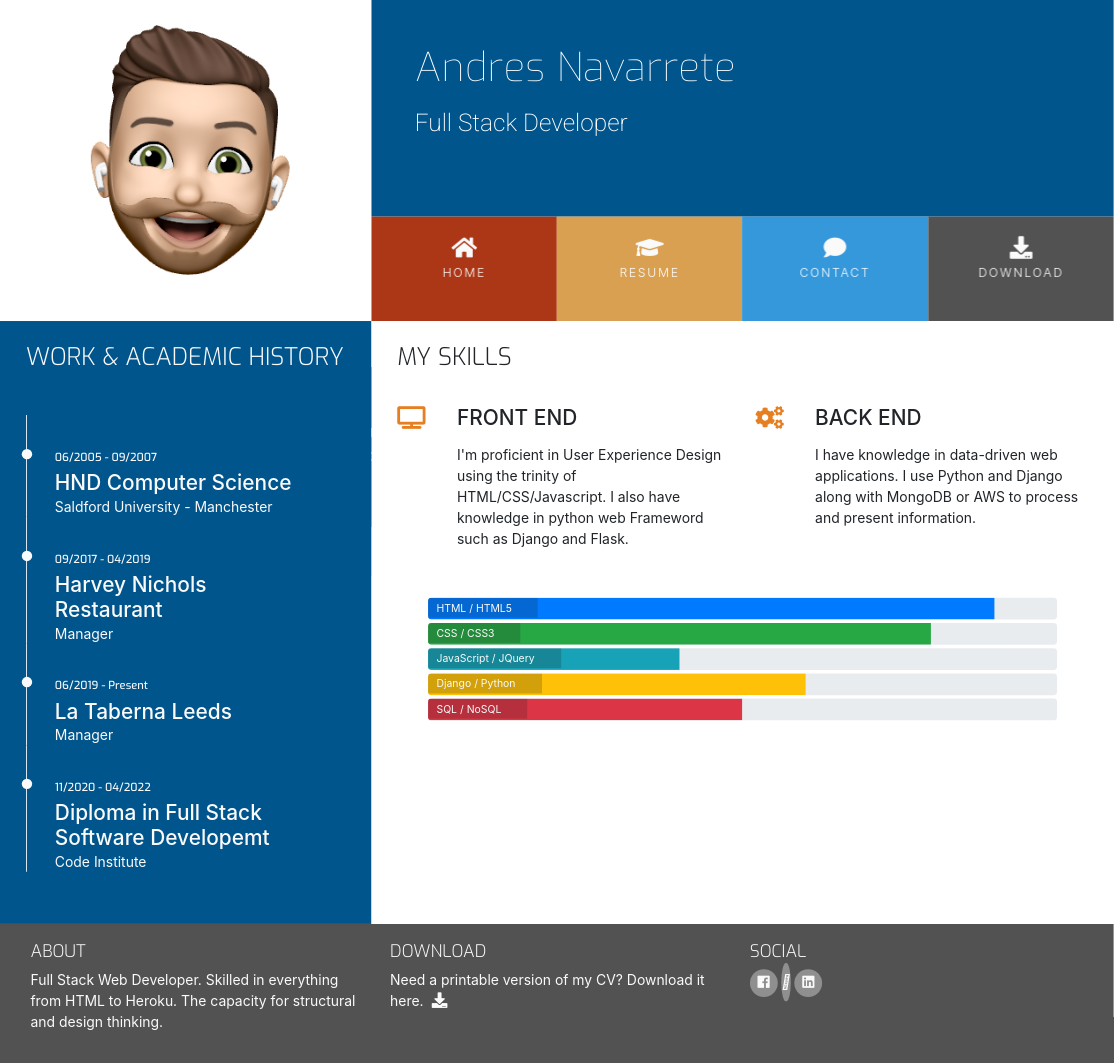
Repository: andna5980/cloud9-workspace
Page: resume.html
These files come from the project's save history. The page is drawn as it stood at one moment and after the next save; the edit follows.
The browser window is 1280 px wide. The pictures show the whole page, at 87% of full size.
Some web libraries are served in a nearby version.

Above is the page before, as saved 2022-04-24 10:27:46.

### resume.html
<!DOCTYPE html>
<html lang="en">

<head>
    <meta charset="UTF-8">
    <meta name="viewport" content="width=device-width, initial-scale=1.0">
    <link rel="stylesheet" href="https://maxcdn.bootstrapcdn.com/bootstrap/4.2.1/css/bootstrap.min.css"
        type="text/css" />
    <link rel="stylesheet" href="https://use.fontawesome.com/releases/v5.0.10/css/all.css"
        integrity="sha384-+d0P83n9kaQMCwj8F4RJB66tzIwOKmrdb46+porD/OvrJ+37WqIM7UoBtwHO6Nlg" crossorigin="anonymous" />
    <link rel="stylesheet" href="https://cdnjs.cloudflare.com/ajax/libs/hover.css/2.3.1/css/hover-min.css">
    <link rel="stylesheet" href="./resume-project/assets/css/style.css" type="text/css">
    <title>Andy</title>
</head>

<body>
    <header>
        <div class="row no-gutters">
            <a href="index.html" class="col-md-4 logo">

            </a>
            <div class="col-md-8">
                <div class="row no-gutters bg-color-name-title">
                    <div class="col heading">
                        <h1 class="name">Andres Navarrete</h1>
                        <h2 class="title">Full Stack Developer</h2>

                    </div>
                </div>
                <div class="row no-gutters">
                    <div class="col">
                        <ul id="nav" class="list-inline menucontainer">
                            <li class="col-6 col-sm-3 ui-menu-color-home list-inline-item menuitem">
                                <a href="index.html" class="hvr-sweep-to-bottom"><i class="fa fa-home"
                                        aria-hidden="true"></i><span>Home</span></a>
                            </li>
                            <li class="col-6 col-sm-3 ui-menu-color-resume list-inline-item menuitem">
                                <a href="resume.html" class="hvr-sweep-to-bottom"><i class="fa fa-graduation-cap"
                                        aria-hidden="true"></i><span>Resume</span></a>
                            </li>
                            <li class="col-6 col-sm-3 ui-menu-color-contact list-inline-item menuitem">
                                <a href="contact.html" class="hvr-sweep-to-bottom"><i class="fa fa-comment"
                                        aria-hidden="true"></i><span>Contact</span></a>
                            </li>
                            <li class="col-6 col-sm-3 ui-menu-color-download list-inline-item menuitem">
                                <a href="/resume-project/assets/cv/Rodrigo-Andres-Navarrete-cv.pdf" target="_blank" class="hvr-sweep-to-bottom"><i class="fa fa-download"
                                        aria-hidden="true"></i><span>Download</span></a>
                            </li>
                        </ul>
                    </div>
                </div>

            </div>
        </div>

    </header>

    <section class="container-fluid">
        <div class="row">
            <div class="col-md-4 bg-color-work-history section-column">
                <div class="row">
                    <div class="col-12">
                        <h3 class="history-heading uppercase">
                            Work & Academic History
                        </h3>
                    </div>
                </div>
                <div class="history-items">
                    <div class="timeline-item" data-dates="06/2005 - 09/2007">
                        <h4>HND Computer Science</h4>
                        <p>Saldford University - Manchester</p>
                    </div>
                    <div class="timeline-item" data-dates="09/2017 - 04/2019">
                        <h4>Harvey Nichols Restaurant</h4>
                        <p>Manager</p>
                    </div>
                    <div class="timeline-item" data-dates="06/2019 - Present">
                        <h4>La Taberna Leeds</h4>
                        <p>Manager</p>
                    </div>
                    <div class="timeline-item" data-dates="11/2020 - 04/2022">
                        <h4>Diploma in Full Stack Software Developemt</h4>
                        <p>Code Institute</p>
                    </div>
                </div>
            </div>
            <div class="col-md-8 bg-color-three-reasons section-column">
                <div class="row">
                    <div class="col">
                        <h3 class="section-heading uppercase">My Skills</h3>
                    </div>
                </div>
                <div class="row">
                    <div class="col-10 offser-1 offset-sm-0 col-sm-4 col-md-6">
                        <div class="row">
                            <div class="col-2">
                                <i class="three-reasons-icon fa fa-tv" aria-hidden="true"></i>
                            </div>
                            <div class="col-10">
                                <h4 class="three-reasons-heading uppercase">Front End</h4>
                                <p>
                                    I'm proficient in User Experience Design using the trinity of HTML/CSS/Javascript.
                                    I also have knowledge in python web Frameword such as Django and Flask.
                                </p>
                            </div>
                        </div>
                    </div>
                    <div class="col-10 offser-1 offset-sm-0 col-sm-4 col-md-6">
                        <div class="row">
                            <div class="col-2">
                                <i class="three-reasons-icon fa fa-cogs" aria-hidden="true"></i>
                            </div>
                            <div class="col-10">
                                <h4 class="three-reasons-heading uppercase">Back End</h4>
                                <p>
                                    I have knowledge in data-driven web applications.
                                    I use Python and Django along with MongoDB or AWS to process and present information.
                                </p>
                            </div>
                        </div>
                    </div>

                </div>
                <div class="row progress-section">
                    <div class="col">
                        <div class="progress">
                             <div class="progress-bar" role="progressbar" aria-valuenow="90" aria-valuemin="0" aria-valuemax="100" style="width:90%">
                                <span class="sr-only">90% complete</span>
                             </div>
                             <span class="progress-type">HTML / HTML5</span>
                        </div>
                        <div class="progress">
                             <div class="progress-bar bg-success" role="progressbar" aria-valuenow="80" aria-valuemin="0" aria-valuemax="100" style="width:80%">
                                <span class="sr-only">80% complete</span>
                             </div>
                             <span class="progress-type">CSS / CSS3</span>
                        </div>
                        <div class="progress">
                             <div class="progress-bar bg-info" role="progressbar" aria-valuenow="70" aria-valuemin="0" aria-valuemax="100" style="width:40%">
                                <span class="sr-only">40% complete</span>
                             </div>
                             <span class="progress-type">JavaScript / JQuery</span>
                        </div>
                        <div class="progress">
                             <div class="progress-bar bg-warning" role="progressbar" aria-valuenow="80" aria-valuemin="0" aria-valuemax="100" style="width:60%">
                                <span class="sr-only">60% complete</span>
                             </div>
                             <span class="progress-type">Django / Python</span>
                        </div>
                        <div class="progress">
                             <div class="progress-bar bg-danger" role="progressbar" aria-valuenow="80" aria-valuemin="0" aria-valuemax="100" style="width:50%">
                                <span class="sr-only">50% complete</span>
                             </div>
                             <span class="progress-type">SQL / NoSQL</span>
                        </div>
                    </div>
                </div>
            </div>
        </div>
    </section>



    <footer class="container-fluid">
        <div id="footer-details" class="row">
            <div class="col-sm-4">
                <h5 class="uppercase general-sub">About</h5>
                <p class="inline-block">
                    Full Stack Web Developer. Skilled in everything from HTML to Heroku.
                    The capacity for structural and design thinking.
                </p>
            </div>
            <div class="col-sm-4">
                <h5 class="uppercase general-sub">Download</h5>
                <p class="inline-block">
                    Need a printable version of my CV? Download it here.
                    <a href="./resume-project/assets/cv/Rodrigo-Andres-Navarrete-cv.pdf" target="_blank" class="cv-pdf">
                        <i class="fa fa-download" aria-hidden="true"></i>
                        <span class="sr-only">Download</span>
                    </a>
                </p>

            </div>
            <div class="col-sm-4">
                <h5 class="uppercase general-sub">Social</h5>
                <ul class="list-inline social-links">
                    <li class="list-inline-item">
                        <a target="_blank" href="#">
                            <i class="fab fa-facebook" aria-hidden="true"></i>
                            <span class="sr-only">Facebook</span>
                        </a>
                    </li>

                    <li class="list-inline-item">
                        <a target="_blank" href="https://github.com/andna5980">
                            <i class="fa-brands fa-github" aria-hidden="true"></i>
                            <span class="sr-only">Github</span>
                        </a>
                    </li>
                    <li class="list-inline-item">
                        <a target="_blank" href="#">
                            <i class="fab fa-linkedin" aria-hidden="true"></i>
                            <span class="sr-only">LinkedIn</span>
                        </a>
                    </li>
                </ul>
            </div>
        </div>

    </footer>
</body>

</html>

### resume-project/assets/css/style.css
@import url('https://fonts.googleapis.com/css?family=Roboto:100,200,300,400,500,600,700|Exo:100,200,300,400,500,600,700');



/*-------------------------------------------------Colours */

.bg-color-name-title {
    background-color: #00558D;

}

.bg-color-three-reasons {
    background-color: #fff;
}

.bg-color-personal-info {
    background-color: #f4f4f4;
}

.bg-color-work-history {
    background-color: #00558D;
}

bg-color-contact {
    background-color: #fff;
}

.ui-menu-color-home{
    background-color: #AB3717;

}
.ui-menu-color-resume{
    background-color: #DAA052;

}
.ui-menu-color-contact{
    background-color: #3498db;

}
.ui-menu-color-download{
    background-color: #525252;

}

.row-table {
    display: table;
}

.section-column {
    display: table-cell;
    padding: 0 30px 30px;
    float: none;
}

.section-heading {
    font-family: "Exo", sans-serif;
    font-weight: 300;
    margin-top: 25px;
    margin-bottom: 40px;
}
/*-------------------------------------------------Special paddings/margins/text */


h1,h2,h3,h4 {
    margin: 0;
}

.uppercase {
    text-transform: uppercase;
}


.general-sub {
    font-family: "Exo", sans-serif;
    font-weight: 300;
    color: #fafafa;
}

.inline-block {
    display: inline-block;
}

.row-table {
    display: table;
}

.section-column {
    display: table-cell;
    padding: 0 30px 30px;
    float: none;
}

.history-heading,
.section-heading {
    font-family: "Exo", sans-serif;
    font-weight: 300;
    margin-top: 25px;
    margin-bottom: 40px;
}

/*-------------------------------------------------Headings */

header {
    margin: 0;
}

.heading{
    margin-left: 50px;
}

.logo {
    background: url("../images/memoji2.PNG");
    background-position: center;
    background-repeat: no-repeat;
    background-size: cover;
    min-height: 350px;
    transition: all .5s ease-in-out;
    -moz-transition:  all .5s ease-in-out;
    -webkit-transition: all .5s ease-in-out;
}

.name {
    font-family: "Exo", sans-serif;
    font-weight: 100;
    font-size: 46px;
    margin-top: 50px;
    color: #ffffff;
}

.title {
    font-family: "Roboto", sans-serif;
    font-weight: 200;
    font-size: 28px;
    margin-top: 20px;
    margin-bottom: 90px;
    color: #ffffff;
}


.list-inline-item:not(:last-child) {
    margin: 0;
}

.menucontainer {
    font-size: 0;
}

#nav {
    margin: 0;
}

#nav li {
    font-size: 14px;
    padding: 0;
}

.menuitem {
    height: 120px;
    text-align: center;
    padding: 0;

}

.menuitem a {
    width: 100%;
    text-decoration: none;
    color: #ffffff;
    height: 120px;
}

.menuitem a i{
    padding-top: 22px;
    display: block;
    color: #fafafa;
    font-size: 26px;

}

.menuitem span {
    display: block;
    width: 100%;
    padding-top: 5px;
    text-align: center;
    text-transform: uppercase;
    font-size: 14px;
    font-weight: 300;
    letter-spacing: 2px;
}

/*-------------------------------------------------Hover.css */

.hvr-sweep-to-bottom:before {
    background: rgba(0, 0, 0, 0.2);
    height: 120px;
}


/*-------------------------------------------------Footer */

footer {
    background-color: #525252;
    color: #fafafa;
    min-height: 120px;
    margin: 0;
}

.cv-pdf i {
    font-size: 18px;
    color: #fafafa;
    text-align: center;
    padding-left: 5px;
    transition: all 0.35s ease-in-out;
    -moz-transition: all 0.35s ease-in-out;
    -webkit-transition: all 0.35s ease-in-out;
    -o-transition: all 0.35s ease-in-out;
}

.cv-pdf i:hover {
    color: #e84610;
}

.social-links {
    padding-bottom: 15px;
}

.social-links li a i {
    width: 32px;
    height: 32px;
    padding: 12px 0;
    border-radius: 50%;
    line-height: 7px;
    text-align: center;
    color: #fafafa;
    background: #8f8f8f;
    transition: all 0.35s ease-in-out;
    -moz-transition: all 0.35s ease-in-out;
    -webkit-transition: all 0.35s ease-in-out;
    -o-transition: all 0.35s ease-in-out;
}

.social-links li a i:hover {
    background: #e84610;
}

#footer-details {
    padding: 20px;
}


/*-------------------------------------------------Three reasons */


.three-reasons-icon {
    font-size: 26px;
    color: #e67e22;
}

.three-reasons-heading {
    margin-bottom: 15px;

}

/* ----------------------------------------Personal Info */

.personal-info-item {
    margin-bottom: 20px;
    display: block;
    clear: both;
}

.personal-info-item .key,
.personal-info-item .value {
    padding-right: 8px;
    display: inline-block;
}

.personal-info-item .key p,
.personal-info-item .value p {
    margin: 0;
}

.personal-info-item .key {
    width: 30%;
    margin-right: 21px;
    padding-top: 2px;
    vertical-align: top;
}

.personal-info-item .key p {
    font-weight: 700;
}

.personal-info-item .value {
    position: relative;
    width: 60%;
}


/* ----------------------------------------Skills */

.progress {
    position: relative;
    height: 25px;
    margin-bottom: 4px;
}

.progress-type {
    position: absolute;
    left: 0px;
    font-weight: 400;
    padding: 3px 30px 2px 10px;
    color: #fafafa;
    background-color: rgba(25, 25, 25, 0.2);
}

.progress-section {
    margin: 40px 20px;
}


/* ----------------------------------------Work History */

.history-heading {
    color: #fafafa;
    margin-bottom: 50px;
}

.timeline-item {
    padding: 4em 2em 0em 2em;
    position: relative;
    color: #fafafa;
    border-left: 1px solid;
}

.timeline-item p {
    padding: 0;
    margin: 0;
}

.timeline-item:before {
    content: attr(data-dates);
    position: absolute;
    left: 2.5em;
    top: 3em;
    display: block;
    font-family: "Exo", sans-serif;
    font-weight: 500;
    font-size: 0.8em;
    padding: 0;
    margin: 0;
}

.timeline-item:after {
    width: 12px;
    height: 12px;
    display: block;
    top: 2.4em;
    position: absolute;
    left: -6px;
    border-radius: 12px;
    content: '';
    background: #fafafa;
}

.history-items {
    margin-bottom: 30px;
}


/* ----------------------------------------Contact Form */

.contact-heading {
    font-family: "Exo", sans-serif;
    font-weight: 300;
    margin-top: 25px;
    margin-bottom: 20px;
}

.center-form {
    padding-top: 10px;
    margin: 0 auto;
    max-width: 70%;
}

button[type="submit"] {
    margin-top: 15px;
    margin-bottom: 20px;
    color: #fafafa;
    background-color: #e84610;
}

/* ----------------------------------------Media Queries */

@media(min-width: 992px) {
    center-form {
        padding-top: 30px;
        min-height: 240px;
        margin: 0 auto;
        max-width: 50%;
    }
}

After the next save:
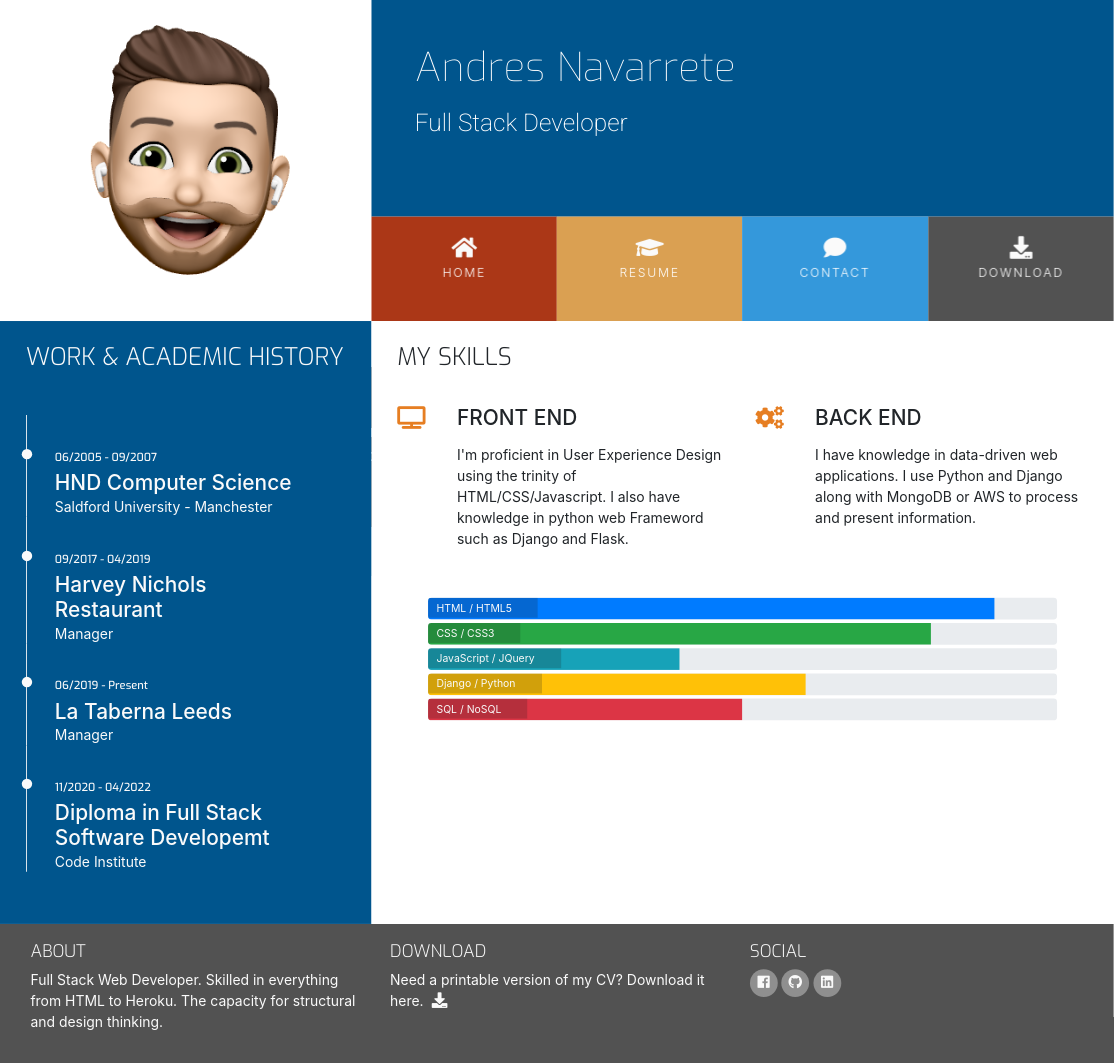
Saved 42 s later.
--- a/resume.html
+++ b/resume.html
@@ -193,7 +193,7 @@
 
                     <li class="list-inline-item">
                         <a target="_blank" href="https://github.com/andna5980">
-                            <i class="fa-brands fa-github" aria-hidden="true"></i>
+                            <i class="fab fa-github" aria-hidden="true"></i>
                             <span class="sr-only">Github</span>
                         </a>
                     </li>
